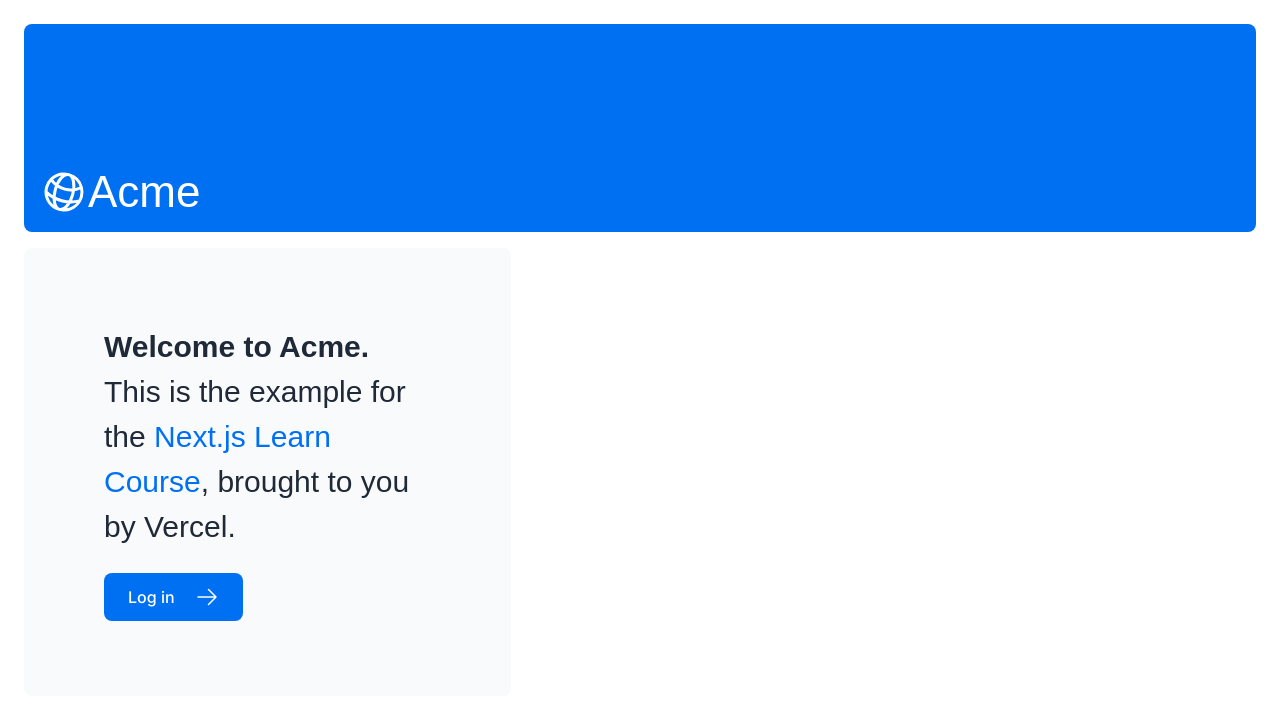
Repository: nooruddine/nfa-app
Page: /
An editor plug-in stored every save of this project. The page is shown before and after a run of saves, followed by the edit.
The browser window is 1280 px wide. The pictures show the whole page.
Some web fonts or font styles are not loaded; a fallback is used. The project was rebuilt for these pictures with package versions that can differ from the ones it lists, and the page was loaded fresh each time. The framework's server and built-in components were replaced by stand-ins that run in the browser. Also part of the build but not shown: next.config.mjs.

Above is the page before, as saved 2024-08-22 23:42:06.

### app/layout.tsx

import '@/app/ui/global.css';
import { inter } from '@/app/ui/fonts';

export default function RootLayout({
  children,
}: {
  children: React.ReactNode;
}) {
  return (
    <html lang="en">
      <body className={`${inter.className} antialiased`}>{children}</body>
    </html>
  );
}

### app/page.tsx
import AcmeLogo from '@/app/ui/acme-logo';
import { ArrowRightIcon } from '@heroicons/react/24/outline';
import Link from 'next/link';
import styles from '@/app/ui/home.module.css';
import {lusitana} from '@/app/ui/fonts';
import Image from 'next/image';

export default function Page() {
  return (
    <main className="flex min-h-screen flex-col p-6">
      <div className="flex h-20 shrink-0 items-end rounded-lg bg-blue-500 p-4 md:h-52">
        <AcmeLogo />
      </div>
      <div className="mt-4 flex grow flex-col gap-4 md:flex-row">
        <div className="flex flex-col justify-center gap-6 rounded-lg bg-gray-50 px-6 py-10 md:w-2/5 md:px-20">
          <p className={`text-xl text-gray-800 md:text-3xl md:leading-normal ${lusitana.className}`}>
            <strong>Welcome to Acme.</strong> This is the example for the{' '}
            <a href="https://nextjs.org/learn/" className="text-blue-500">
              Next.js Learn Course
            </a>
            , brought to you by Vercel.
          </p>
          <Link
            href="/login"
            className="flex items-center gap-5 self-start rounded-lg bg-blue-500 px-6 py-3 text-sm font-medium text-white transition-colors hover:bg-blue-400 md:text-base"
          >
            <span>Log in</span> <ArrowRightIcon className="w-5 md:w-6" />
          </Link>
        </div>
        <div className="flex items-center justify-center p-6 md:w-3/5 md:px-28 md:py-12">
          {/* Add Hero Images Here */}
        </div>
      </div>
    </main>
  );
}

### app/ui/fonts.ts
import {Inter , Lusitana} from 'next/font/google';


export const inter = Inter({subsets: ['latin']});
export const lusitana = Lusitana({
    weight: ['400', '700'],
    subsets: ['latin'],
  });

Loaded but not shown: app/ui/global.css (common file); app/ui/acme-logo.tsx (common file); tailwind.config.ts (common file)

After the next 2 saves:
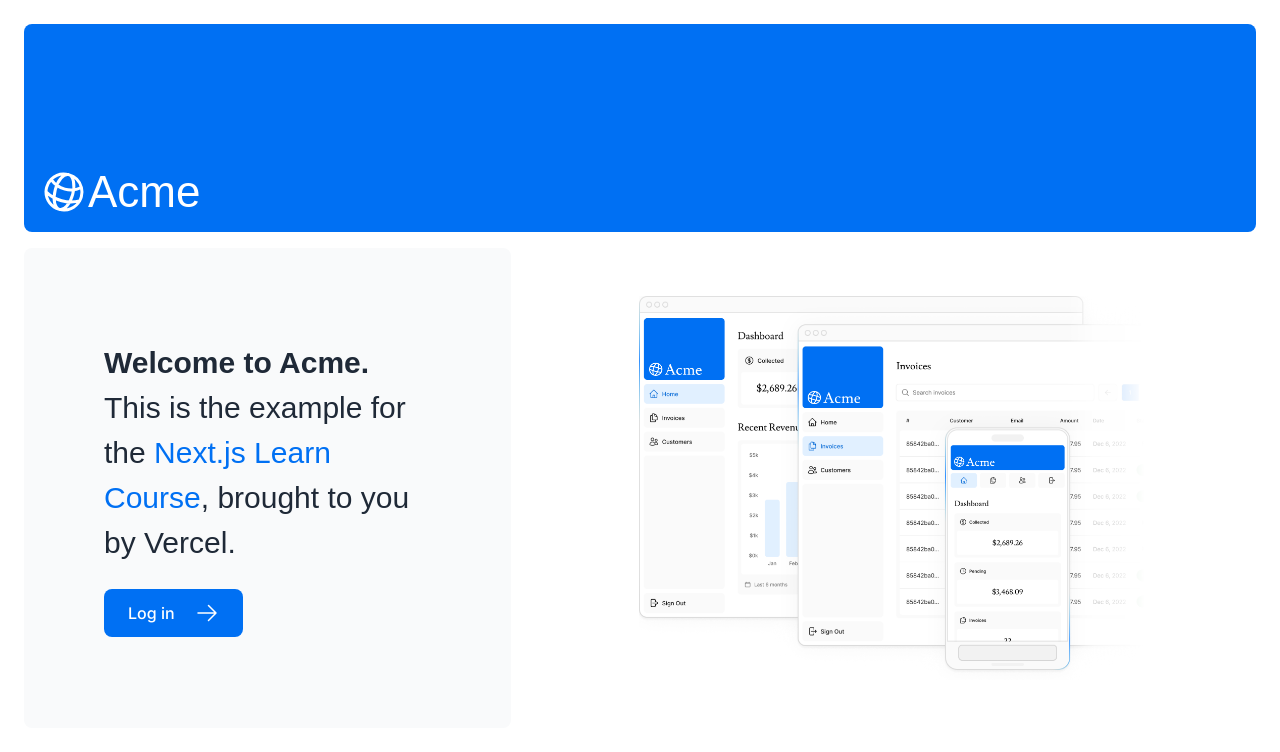
The 2 saves are shown as one change because they came seconds apart.
The last was saved 19 s later.
--- a/app/page.tsx
+++ b/app/page.tsx
@@ -29,6 +29,13 @@
         </div>
         <div className="flex items-center justify-center p-6 md:w-3/5 md:px-28 md:py-12">
           {/* Add Hero Images Here */}
+          <Image
+        src="/hero-desktop.png"
+        width={1000}
+        height={760}
+        className="hidden md:block"
+        alt="Screenshots of the dashboard project showing desktop version"
+      />
         </div>
       </div>
     </main>

After the 4 saves that followed:
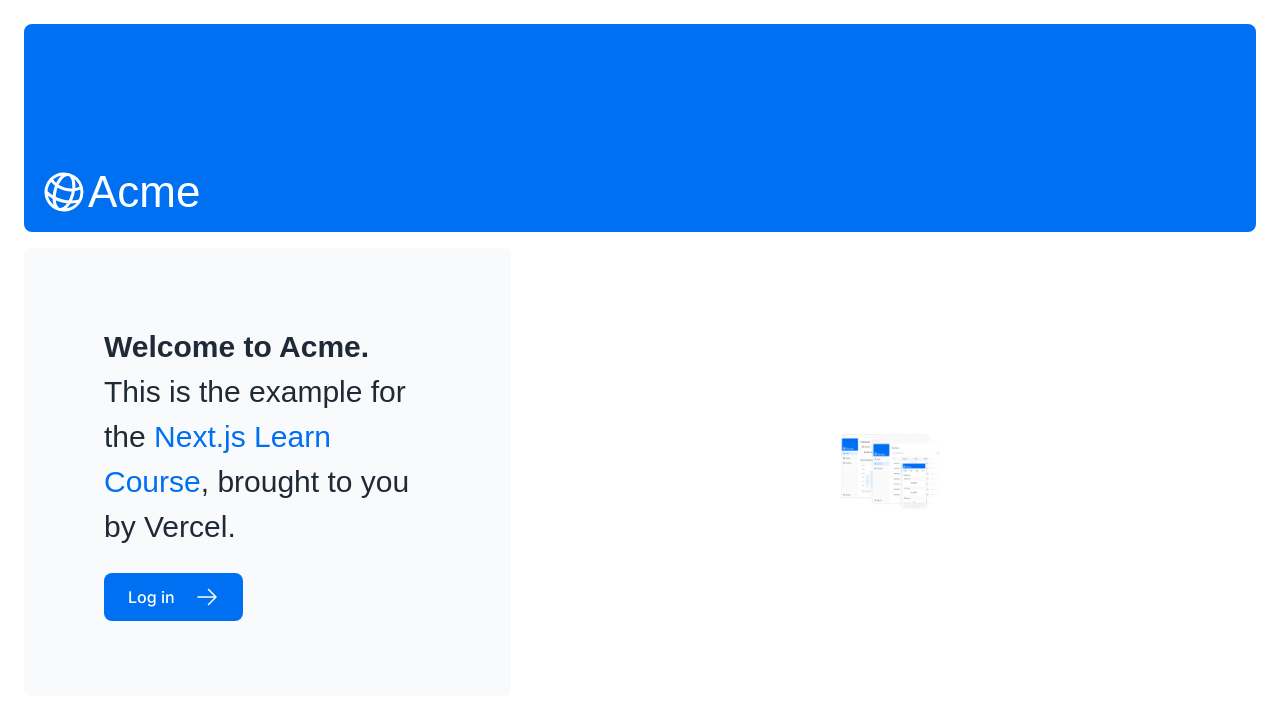
The 4 saves are shown as one change because 3 left the picture as it was.
The last was saved 3 min 48 s later.
--- a/app/page.tsx
+++ b/app/page.tsx
@@ -1,9 +1,9 @@
-import AcmeLogo from '@/app/ui/acme-logo';
-import { ArrowRightIcon } from '@heroicons/react/24/outline';
-import Link from 'next/link';
-import styles from '@/app/ui/home.module.css';
-import {lusitana} from '@/app/ui/fonts';
-import Image from 'next/image';
+import AcmeLogo from "@/app/ui/acme-logo";
+import { ArrowRightIcon } from "@heroicons/react/24/outline";
+import Link from "next/link";
+import styles from "@/app/ui/home.module.css";
+import { lusitana } from "@/app/ui/fonts";
+import Image from "next/image";
 
 export default function Page() {
   return (
@@ -13,8 +13,10 @@
       </div>
       <div className="mt-4 flex grow flex-col gap-4 md:flex-row">
         <div className="flex flex-col justify-center gap-6 rounded-lg bg-gray-50 px-6 py-10 md:w-2/5 md:px-20">
-          <p className={`text-xl text-gray-800 md:text-3xl md:leading-normal ${lusitana.className}`}>
-            <strong>Welcome to Acme.</strong> This is the example for the{' '}
+          <p
+            className={`text-xl text-gray-800 md:text-3xl md:leading-normal ${lusitana.className}`}
+          >
+            <strong>Welcome to Acme.</strong> This is the example for the{" "}
             <a href="https://nextjs.org/learn/" className="text-blue-500">
               Next.js Learn Course
             </a>
@@ -30,12 +32,12 @@
         <div className="flex items-center justify-center p-6 md:w-3/5 md:px-28 md:py-12">
           {/* Add Hero Images Here */}
           <Image
-        src="/hero-desktop.png"
-        width={1000}
-        height={760}
-        className="hidden md:block"
-        alt="Screenshots of the dashboard project showing desktop version"
-      />
+            src="/hero-desktop.png"
+            width={100}
+            height={760}
+            className="hidden md:block"
+            alt="Screenshots of the dashboard project showing desktop version"
+          />
         </div>
       </div>
     </main>
